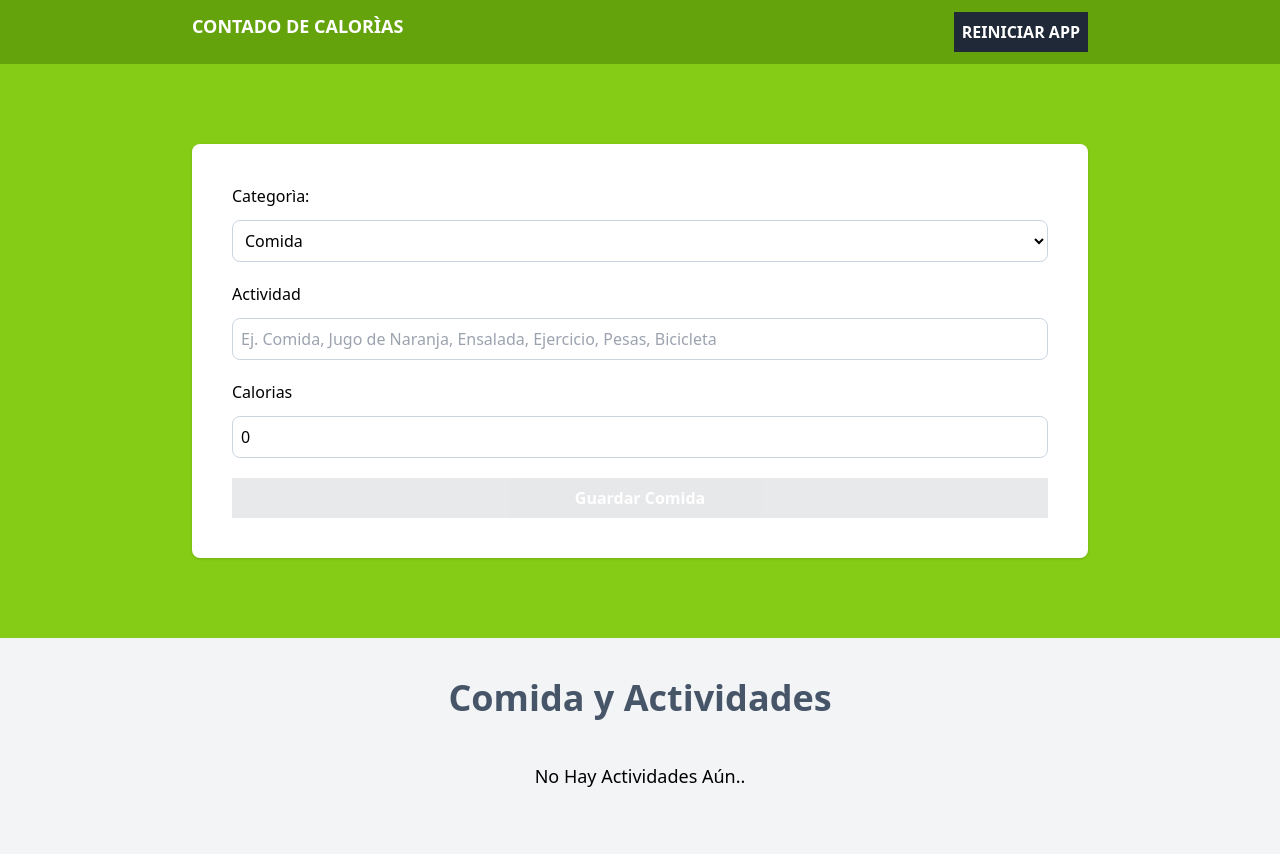
Repository: Matiiu/calorie-tracker
Page: /
The author's editor kept a copy of each file at every save. The page is drawn from the files as they stood at one save, then again after the next save.
The browser window is 1280 px wide. The pictures show the whole page.
The project was rebuilt for these pictures with package versions that can differ from the ones it lists, and the page was loaded fresh each time. Also part of the build but not shown: vite.config.ts.

Above is the page before, as saved 2024-04-01 18:19:23.

After the next save:
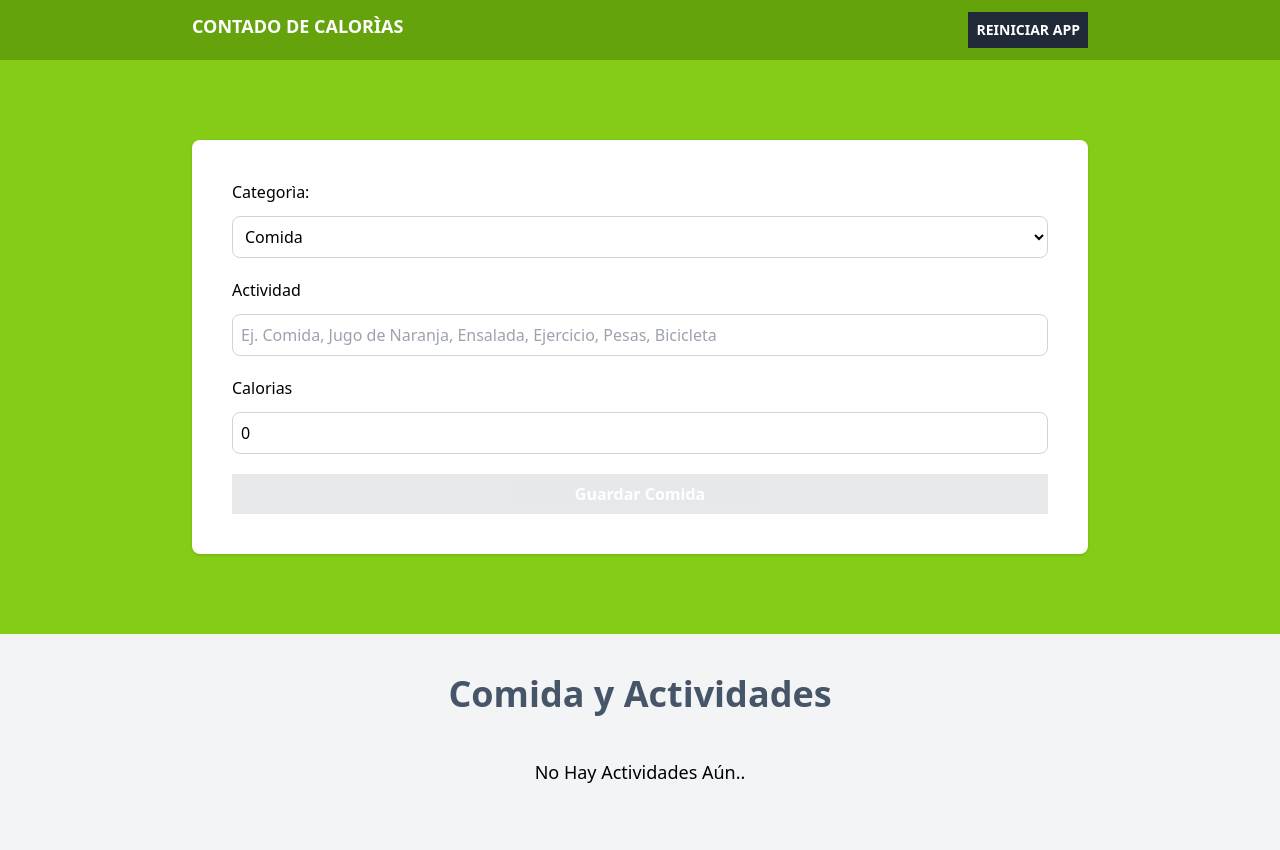
Saved 24 s later.
--- a/src/components/Header.tsx
+++ b/src/components/Header.tsx
@@ -6,7 +6,7 @@ export default function Header() {
           Contado de Calorìas
         </h1>
 
-        <button className="bg-gray-800 hover:bg-gray-900 p-2 font-bold uppercase text-white">
+        <button className="bg-gray-800 hover:bg-gray-900 p-2 font-bold uppercase text-white cursor-pointer rounde-lg text-sm">
           Reiniciar App
         </button>
       </div>
